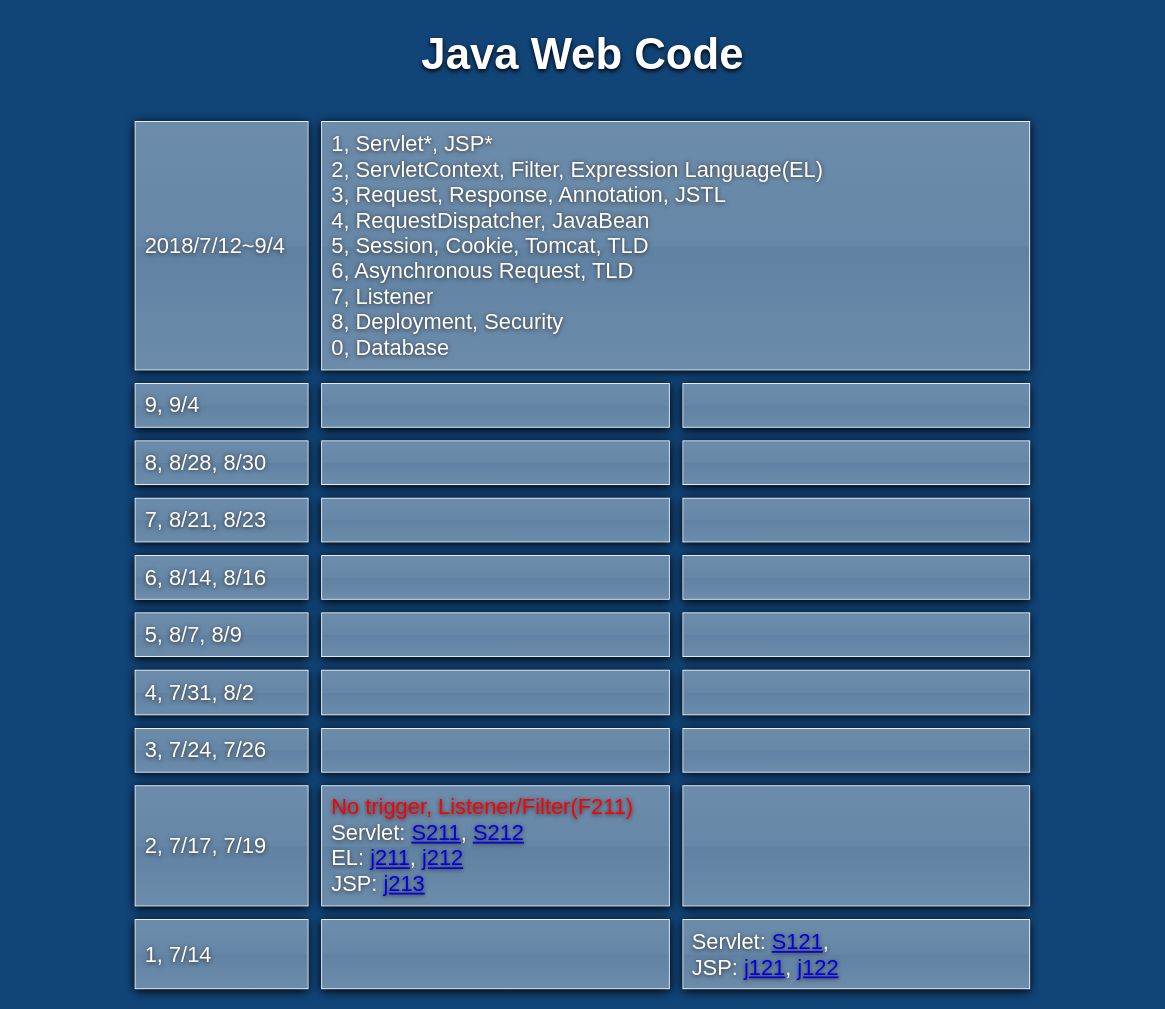
Repository: anxhuang/Java_Web
Page: code/WebContent/index.html
The author's editor kept a copy of each file at every save. The page is drawn from the files as they stood at one save, then again after the next save.
The browser window is 1280 px wide. The pictures show the whole page, at 91% of full size.

Above is the page before, as saved 2018-07-17 11:56:38.

### code/WebContent/index.html
<!DOCTYPE html>
<html>
<head>
<meta charset="BIG5">
<title>Insert title here</title>
<style>
	body{
		font-size: 0.25in;
		font-family: Arial;
		background: #147;
		/*background-image: url("https://fsa.zobj.net/crop.php?r=ao88GxCisk4oY2NINS9REEtIWhpZOc22-qItDMLD3PM32O_JkS6wNJkg6nyYIREcmC0vWqaqI6LJaUOxd-WXbPJcJwdQ8BFboZ63vqok2a4Dr1BmLINjzf1ENB44EzZlDTbMtV754atZi7iy");*/
		/*background-size: cover;*/
	}
	h1{
		color: #FFF;
		text-shadow: 0px 2px 5px #000;
		text-align: center;
	}
	table{
		width: 80%;
		margin: 0 auto;
		border-spacing: 0.15in;
	}
	td{
		color: #FFF;
		text-shadow: 0px 1px 5px #333;
		padding: 0.1in;
		border: 1px solid #FFF;
		/*background: rgba(230,230,230,0.8);*/
		/* Permalink - use to edit and share this gradient: http://colorzilla.com/gradient-editor/#f6f8f9+0,e5ebee+50,d7dee3+51,f5f7f9+100&0.4+1,0.4+100 */
		background: -moz-linear-gradient(0deg, rgba(246,248,249,0.4) 0%, rgba(246,248,249,0.4) 1%, rgba(229,235,238,0.4) 50%, rgba(215,222,227,0.4) 51%, rgba(245,247,249,0.4) 100%); /* FF3.6-15 */
		background: -webkit-linear-gradient(0deg, rgba(246,248,249,0.4) 0%,rgba(246,248,249,0.4) 1%,rgba(229,235,238,0.4) 50%,rgba(215,222,227,0.4) 51%,rgba(245,247,249,0.4) 100%); /* Chrome10-25,Safari5.1-6 */
		background: linear-gradient(180deg, rgba(246,248,249,0.4) 0%,rgba(246,248,249,0.4) 1%,rgba(229,235,238,0.4) 50%,rgba(215,222,227,0.4) 51%,rgba(245,247,249,0.4) 100%); /* W3C, IE10+, FF16+, Chrome26+, Opera12+, Safari7+ */
		filter: progid:DXImageTransform.Microsoft.gradient( startColorstr='#b3f6f8f9', endColorstr='#b3f5f7f9',GradientType=1 ); /* IE6-9 fallback on horizontal gradient */
		box-shadow: 0px 2px 10px #000;
	}
	td:first-child{
		width: 20%;
	}
	td:nth-child(2){
		width: 40%;
	}
	td:nth-child(3){
		width: 40%;
	}
</style>
</head>
<body>

	<h1>Java Web Code</h1>

	<table>
		<tbody>
			<tr>
				<td>2018/7/12~9/4</td>
				<td colspan="2">
					1, Servlet*, JSP*<br>
					2, ServletContext, Filter, Expression Language(EL)<br>
					3, Request, Response, Annotation, JSTL<br>
					4, RequestDispatcher, JavaBean<br>
					5, Session, Cookie, Tomcat, TLD<br>
					6, Asynchronous Request, TLD<br>
					7, Listener<br>
					8, Deployment, Security<br>
					0, Database
				</td>
			</tr>
			<tr>
				<td>9, 9/4</td>
				<td></td>
				<td></td>
			</tr>
			<tr>
				<td>8, 8/28, 8/30</td>
				<td></td>
				<td></td>
			</tr>
			<tr>
				<td>7, 8/21, 8/23</td>
				<td></td>
				<td></td>
			</tr>
			<tr>
				<td>6, 8/14, 8/16</td>
				<td></td>
				<td></td>
			</tr>
			<tr>
				<td>5, 8/7, 8/9</td>
				<td></td>
				<td></td>
			</tr>
			<tr>
				<td>4, 7/31, 8/2</td>
				<td></td>
				<td></td>
			</tr>
			<tr>
				<td>3, 7/24, 7/26</td>
				<td></td>
				<td></td>
			</tr>
			<tr>
				<td>2, 7/17, 7/19</td>
				<td>
					<font color="red">No trigger, Listener/Filter(F211)</font>
					<br>
					Servlet:
					<a href="S211">S211</a>,
					<a href="S212">S212</a>
					<br>
					EL:
					<a href="j211.jsp">j211</a>,
					<a href="j212.jsp">j212</a>
					<br>
					JSP:
					<a href="j213.jsp">j213</a>
				</td>
				<td></td>
			</tr>
			<tr>
				<td>1, 7/14</td>
				<td></td>
				<td>
					Servlet:
					<a href="S121">S121</a>,
					<br>
					JSP:
					<a href="j121.jsp">j121</a>,
					<a href="j122.jsp">j122</a>
				</td>
			</tr>
		</tbody>
	</table>
</body>
</html>

After the next save:
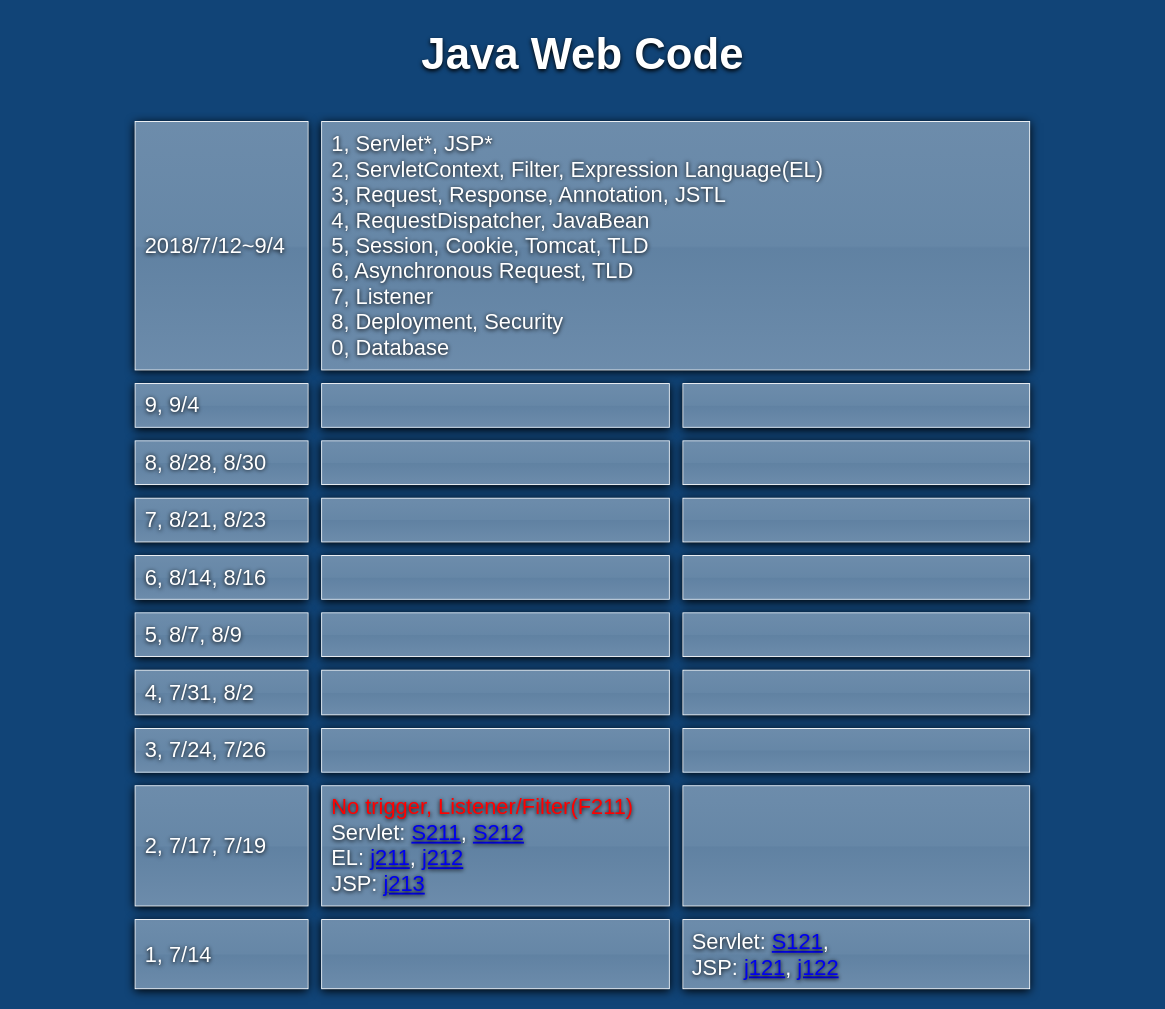
Saved 35 s later.
--- a/code/WebContent/index.html
+++ b/code/WebContent/index.html
@@ -23,7 +23,7 @@
 	}
 	td{
 		color: #FFF;
-		text-shadow: 0px 1px 5px #333;
+		text-shadow: 0px 1px 5px #000;
 		padding: 0.1in;
 		border: 1px solid #FFF;
 		/*background: rgba(230,230,230,0.8);*/
